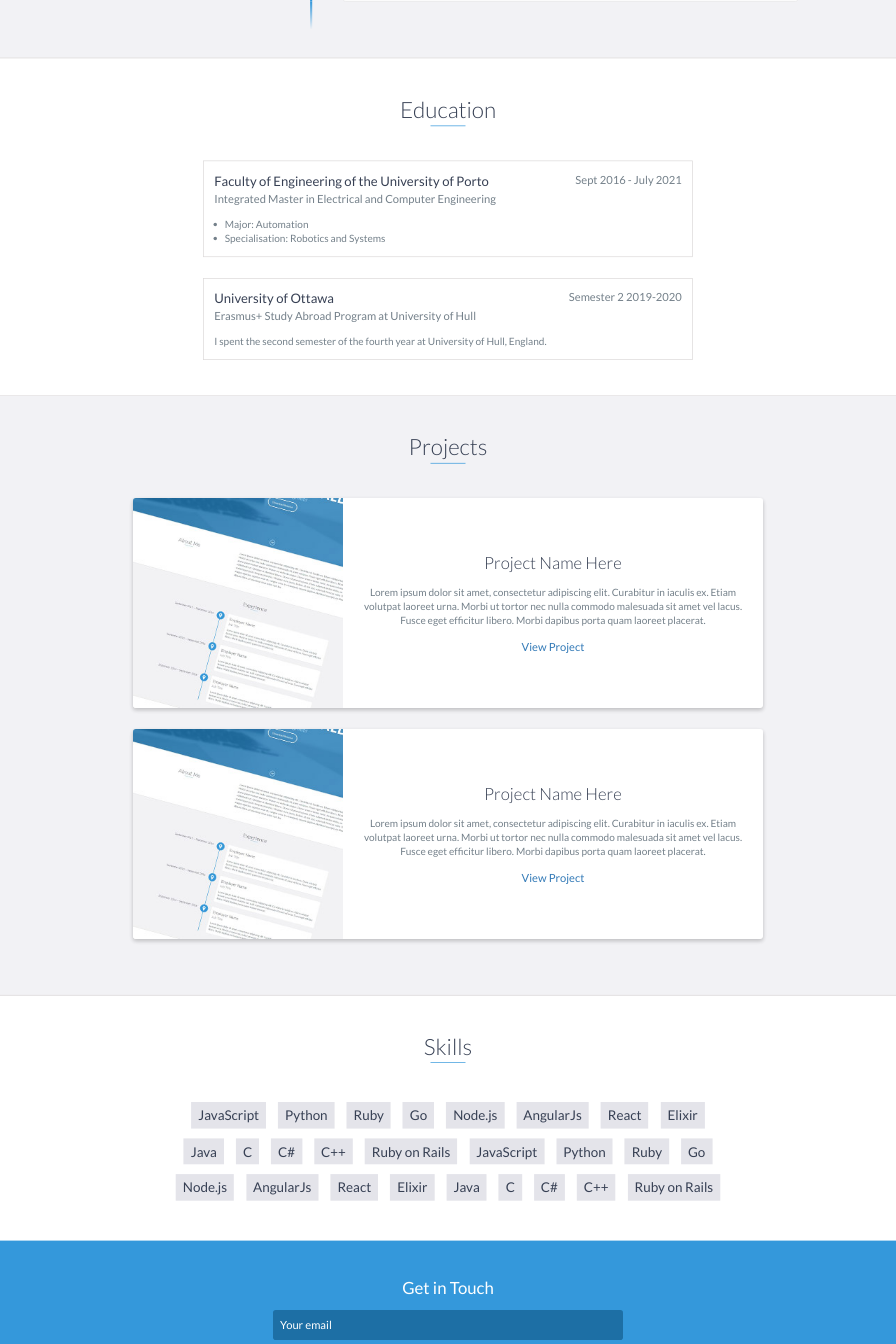
Repository: josegneto/josegneto.github.io
Page: index.html
An editor plug-in stored every save of this project. The page is shown before and after the next save, followed by the edit.
The browser window is 1280 px wide. The pictures show the part of the page from y = 1736 to 3656 px (the page is 4056 px tall before and 4203 px after), at 70% of full size.

Above is the page before, as saved 2021-11-30 11:26:51.

### index.html
<!DOCTYPE html>
<html class="no-js" lang="en">

<head>
    <meta charset="utf-8">
    <meta http-equiv="X-UA-Compatible" content="IE=edge">
    <meta name="viewport" content="width=device-width, initial-scale=1">
    <title>My Portfolio</title>
	<link rel="shortcut icon" href="favicon.ico" type="image/x-icon">
	<link rel="icon" href="favicon.ico" type="image/x-icon">
    <link href="https://fonts.googleapis.com/css?family=Lato:300,400,700,900" rel="stylesheet">
    <link rel="stylesheet" href="libs/font-awesome/css/font-awesome.min.css">
    <link href="css/bootstrap.min.css" rel="stylesheet">
    <link href="css/styles.css" rel="stylesheet">
</head>

<body>
    <div id="mobile-menu-open" class="shadow-large">
        <i class="fa fa-bars" aria-hidden="true"></i>
    </div>
    <!-- End #mobile-menu-toggle -->
    <header>
        <div id="mobile-menu-close">
            <span>Close</span> <i class="fa fa-times" aria-hidden="true"></i>
        </div>
        <ul id="menu" class="shadow">
            <li>
                <a href="#about">About</a>
            </li>
            <li>
                <a href="#experience">Experience</a>
            </li>
            <li>
                <a href="#education">Education</a>
            </li>
            <li>
                <a href="#projects">Projects</a>
            </li>
            <li>
                <a href="#skills">Skills</a>
            </li>
            <li>
                <a href="#contact">Contact</a>
            </li>
        </ul>
    </header>
    <!-- End header -->

    <div id="lead">
        <div id="lead-content">
            <h1>José Neto</h1>
            <h2>Electrical Engineer</h2>
            <a href="extra/CV_JoseNeto.pdf" class="btn-rounded-white" target="_blank">Download Resume</a>
        </div>
        <!-- End #lead-content -->

        <div id="lead-overlay"></div>

        <div id="lead-down">
            <span>
                <i class="fa fa-chevron-down" aria-hidden="true"></i>
            </span>
        </div>
        <!-- End #lead-down -->
    </div>
    <!-- End #lead -->

    <div id="about">
        <div class="container">
            <div class="row">
                <div class="col-md-4">
                    <h2 class="heading">About Me</h2>
                </div>
                <div class="col-md-8">
                    <h2>Areas of interest</h2>
                        <ul>
                        <li>Robotics</li>
                        <li>Embedded Systems</li>
                        <li>Internet of Things</li>
                        <li>Intelligent Transport Systems</li>
                        </ul>
                </div>
            </div>
        </div>
    </div>
    <!-- End #about -->

    <div id="experience" class="background-alt">
        <h2 class="heading">Experience</h2>
        <div id="experience-timeline">
            <div data-date="July - September 2020">
                <h3>Pavnext</h3>
                <h4>PEJENE 2020</h4>
                <p>
                    I was part of a team developing a smart-city structure capable of acquiring data from a multi-slave->master system, which will be then presented on a Web interface.                </p>
            </div>

            <div data-date="July - August 2019">
                <h3>CEiiA</h3>
                <h4>Summer Connection Program</h4>
                <p>
                    I spent two months at CEiiA on a team responsible for the development and optimization of low cost and eco-friendly monitoring buoys.                </p>
            </div>

            <div data-date="July 2018">
                <h3>Critical Software</h3>
                <h4>Summer Innovation Week</h4>
                <p>
                    I spent a week at Critical Software (Coimbra) working on a team, developing an environmental sensor station, the senseBox. At the end of the week we did a pitch for the company CEO and other employees.                </p>
            </div>
        </div>
    </div>
    <!-- End #experience -->

    <div id="education">
        <h2 class="heading">Education</h2>
        <div class="education-block">
            <h3>Faculty of Engineering of the University of Porto</h3>
            <span class="education-date">Sept 2016 - July 2021</span>
            <h4>Integrated Master in Electrical and Computer Engineering</h4>
            <ul>
                <li>
                    Major: Automation
                </li>
                <li>
                    Specialisation: Robotics and Systems
                </li>
            </ul>
        </div>
        <!-- End .education-block -->

        <div class="education-block">
            <h3>University of Ottawa</h3>
            <span class="education-date">Semester 2 2019-2020</span>
            <h4>Erasmus+ Study Abroad Program at University of Hull</h4>
            <p>
                I spent the second semester of the fourth year at University of Hull,
                England.
            </p>
        </div>
        <!-- End .education-block -->
    </div>
    <!-- End #education -->

    <div id="projects" class="background-alt">
        <h2 class="heading">Projects</h2>
        <div class="container">
            <div class="row">
                <div class="project shadow-large">
                    <div class="project-image">
                        <img src="images/project.jpg" />
                    </div>
                    <!-- End .project-image -->
                    <div class="project-info">
                        <h3>Project Name Here</h3>
                        <p>
                            Lorem ipsum dolor sit amet, consectetur adipiscing elit. Curabitur in iaculis ex. Etiam volutpat laoreet urna. Morbi ut tortor nec nulla commodo malesuada sit amet vel lacus. Fusce eget efficitur libero. Morbi dapibus porta quam laoreet placerat.
                        </p>
                        <a href="#">View Project</a>
                    </div>
                    <!-- End .project-info -->
                </div>
                <!-- End .project -->

                <div class="project shadow-large">
                    <div class="project-image">
                        <img src="images/project.jpg" />
                    </div>
                    <!-- End .project-image -->
                    <div class="project-info">
                        <h3>Project Name Here</h3>
                        <p>
                            Lorem ipsum dolor sit amet, consectetur adipiscing elit. Curabitur in iaculis ex. Etiam volutpat laoreet urna. Morbi ut tortor nec nulla commodo malesuada sit amet vel lacus. Fusce eget efficitur libero. Morbi dapibus porta quam laoreet placerat.
                        </p>
                        <a href="#">View Project</a>
                    </div>
                    <!-- End .project-info -->
                </div>
                <!-- End .project -->
            </div>
        </div>
    </div>
    <!-- End #projects -->

    <div id="skills">
        <h2 class="heading">Skills</h2>
        <ul>
            <li>JavaScript</li>
            <li>Python</li>
            <li>Ruby</li>
            <li>Go</li>
            <li>Node.js</li>
            <li>AngularJs</li>
            <li>React</li>
            <li>Elixir</li>
            <li>Java</li>
            <li>C</li>
            <li>C#</li>
            <li>C++</li>
            <li>Ruby on Rails</li>
            <li>JavaScript</li>
            <li>Python</li>
            <li>Ruby</li>
            <li>Go</li>
            <li>Node.js</li>
            <li>AngularJs</li>
            <li>React</li>
            <li>Elixir</li>
            <li>Java</li>
            <li>C</li>
            <li>C#</li>
            <li>C++</li>
            <li>Ruby on Rails</li>
        </ul>
    </div>
    <!-- End #skills -->

    <div id="contact">
        <h2>Get in Touch</h2>
        <div id="contact-form">
            <form method="POST" action="https://formspree.io/email@email.com">
                <input type="hidden" name="_subject" value="Contact request from personal website" />
                <input type="email" name="_replyto" placeholder="Your email" required>
                <textarea name="message" placeholder="Your message" required></textarea>
                <button type="submit">Send</button>
            </form>
        </div>
        <!-- End #contact-form -->
    </div>
    <!-- End #contact -->

    <footer>
        <div class="container">
            <div class="row">
                <div class="col-sm-5 copyright">
                    <p>
                        Copyright &copy; 2020 YOUR NAME
                    </p>
                </div>
                <div class="col-sm-2 top">
                    <span id="to-top">
                        <i class="fa fa-chevron-up" aria-hidden="true"></i>
                    </span>
                </div>
                <div class="col-sm-5 social">
                    <ul>
                        <li>
                            <a href="https://github.com/" target="_blank"><i class="fa fa-github" aria-hidden="true"></i></a>
                        </li>
                        <li>
                            <a href="https://stackoverflow.com/" target="_blank"><i class="fa fa-stack-overflow" aria-hidden="true"></i></a>
                        </li>
                        <li>
                            <a href="https://linkedin.com/" target="_blank"><i class="fa fa-linkedin" aria-hidden="true"></i></a>
                        </li>
                        <li>
                            <a href="https://www.facebook.com/" target="_blank"><i class="fa fa-facebook" aria-hidden="true"></i></a>
                        </li>
                        <li>
                            <a href="https://twitter.com/" target="_blank"><i class="fa fa-twitter" aria-hidden="true"></i></a>
                        </li>
                        <li>
                            <a href="https://plus.google.com/" target="_blank"><i class="fa fa-google-plus" aria-hidden="true"></i></a>
                        </li>
                    </ul>
                </div>
            </div>
        </div>
    </footer>
    <!-- End footer -->

    <script src="https://ajax.googleapis.com/ajax/libs/jquery/1.12.4/jquery.min.js"></script>
    <script src="js/scripts.min.js"></script>
</body>

</html>

Loaded but not shown: libs/font-awesome/css/font-awesome.min.css (library); css/bootstrap.min.css (library); js/scripts.min.js (common file); css/styles.css (847 lines, source omitted)

After the next save:
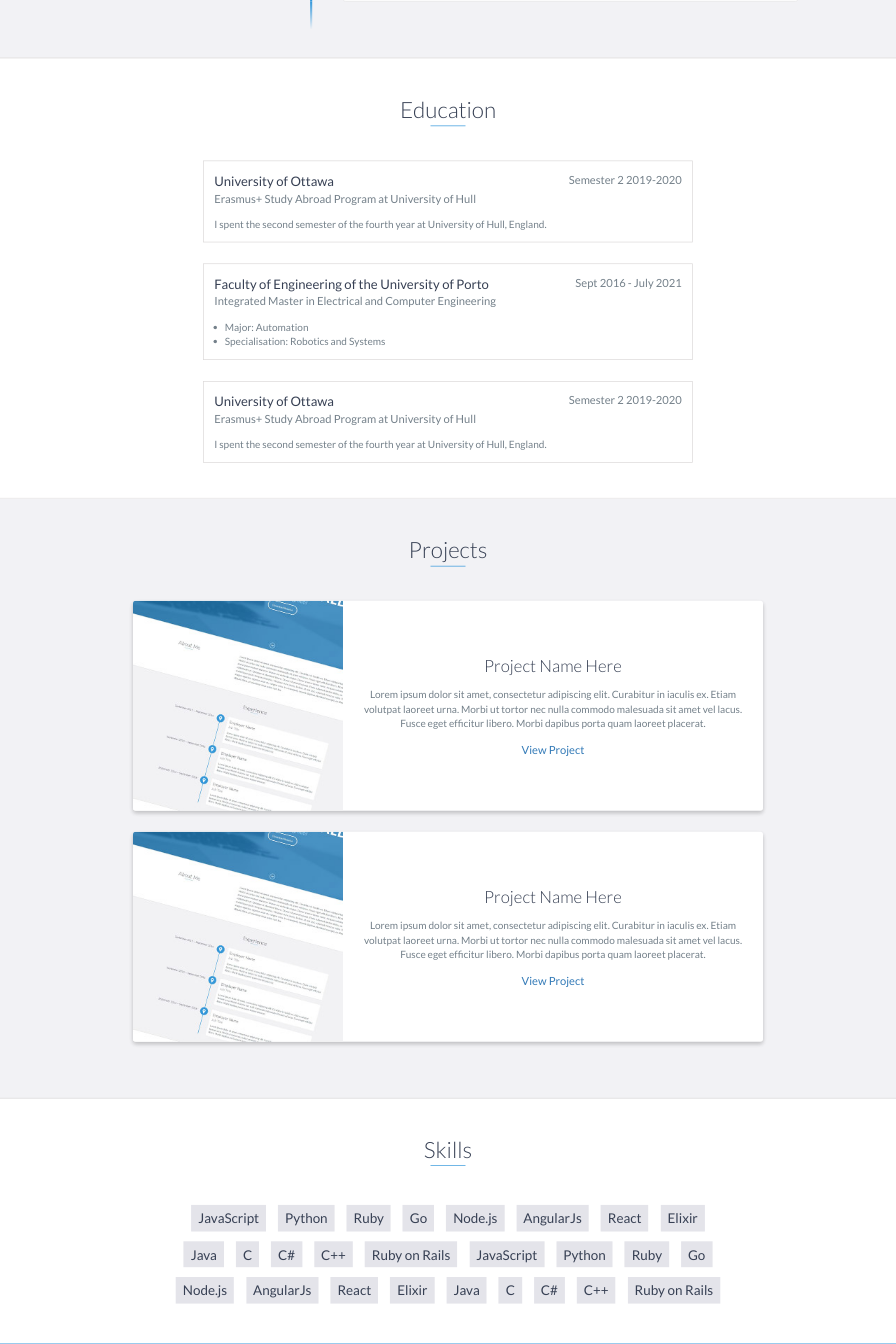
Saved 2 min 18 s later.
--- a/index.html
+++ b/index.html
@@ -114,6 +114,15 @@
 
     <div id="education">
         <h2 class="heading">Education</h2>
+        <div class="education-block">
+            <h3>University of Ottawa</h3>
+            <span class="education-date">Semester 2 2019-2020</span>
+            <h4>Erasmus+ Study Abroad Program at University of Hull</h4>
+            <p>
+                I spent the second semester of the fourth year at University of Hull,
+                England.
+            </p>
+        </div>
         <div class="education-block">
             <h3>Faculty of Engineering of the University of Porto</h3>
             <span class="education-date">Sept 2016 - July 2021</span>

After the save that followed:
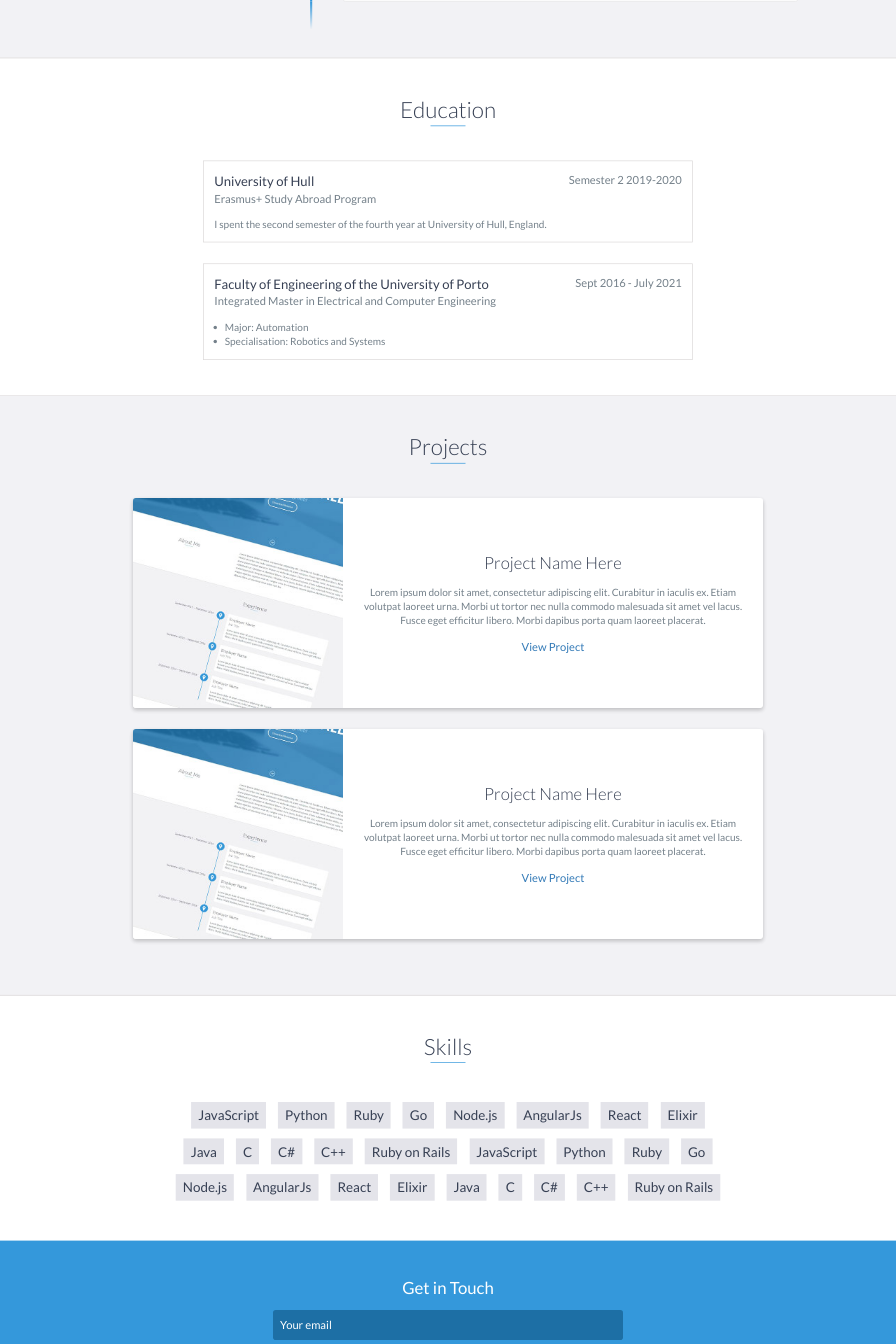
Saved 36 s later.
--- a/index.html
+++ b/index.html
@@ -115,9 +115,9 @@
     <div id="education">
         <h2 class="heading">Education</h2>
         <div class="education-block">
-            <h3>University of Ottawa</h3>
+            <h3>University of Hull</h3>
             <span class="education-date">Semester 2 2019-2020</span>
-            <h4>Erasmus+ Study Abroad Program at University of Hull</h4>
+            <h4>Erasmus+ Study Abroad Program</h4>
             <p>
                 I spent the second semester of the fourth year at University of Hull,
                 England.
@@ -135,17 +135,6 @@
                     Specialisation: Robotics and Systems
                 </li>
             </ul>
-        </div>
-        <!-- End .education-block -->
-
-        <div class="education-block">
-            <h3>University of Ottawa</h3>
-            <span class="education-date">Semester 2 2019-2020</span>
-            <h4>Erasmus+ Study Abroad Program at University of Hull</h4>
-            <p>
-                I spent the second semester of the fourth year at University of Hull,
-                England.
-            </p>
         </div>
         <!-- End .education-block -->
     </div>
